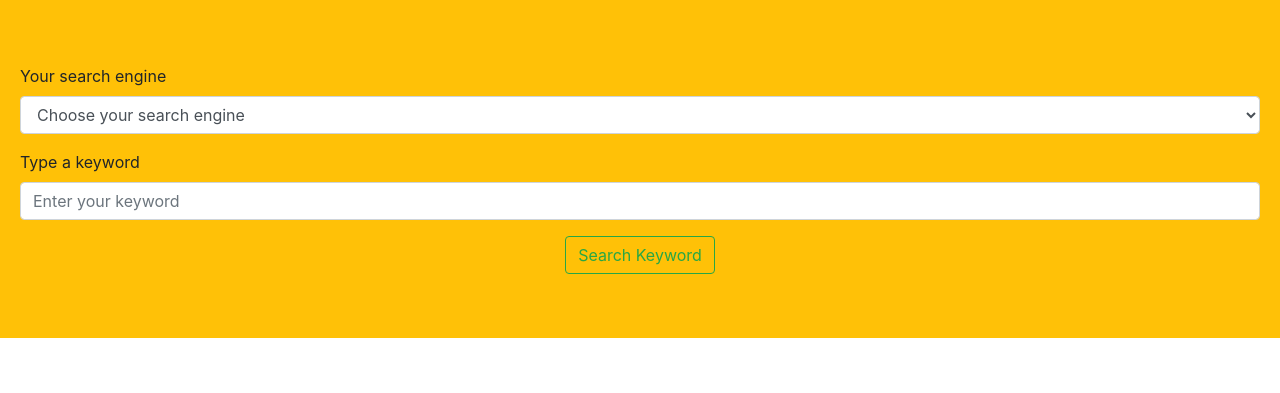
Repository: javatocode/Java-examples
Page: http://localhost/springmvc_crud/WEB-INF/views/add_product.jsp
The author's editor kept a copy of each file at every save. The page is drawn from the files as they stood at one save, then again after the next save.
The browser window is 1280 px wide. The pictures show the whole page.
Some web libraries are served in a nearby version. The page is served by Tomcat 9. Nobody is signed in. The template is opened directly, without the code that normally fills it, so the values that code supplies are empty.

Above is the page before, as saved 2021-09-03 12:14:48.

After the next save:
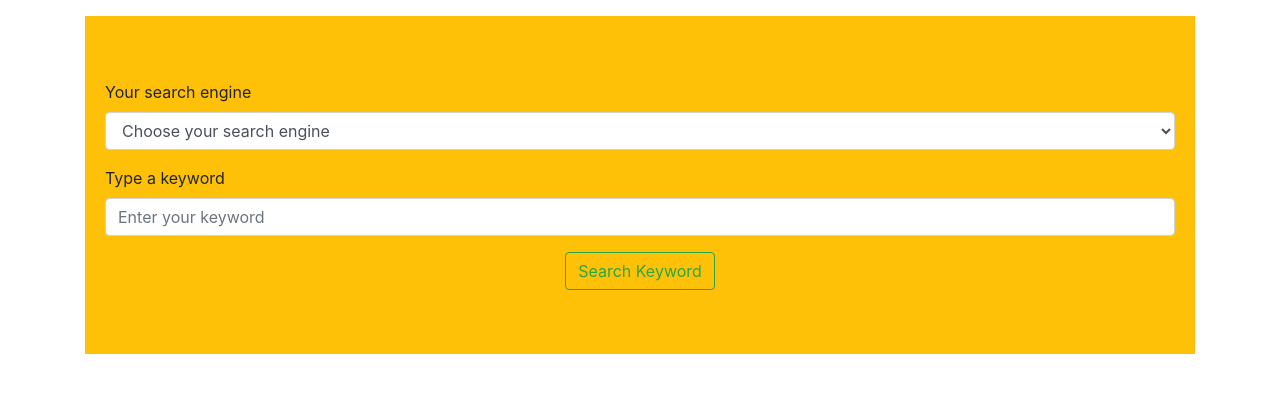
Saved 87 s later.
--- a/springmvc_crud/src/main/webapp/WEB-INF/views/add_product.jsp
+++ b/springmvc_crud/src/main/webapp/WEB-INF/views/add_product.jsp
@@ -4,6 +4,7 @@
 <%@include file="./base.jsp" %>
 </head>
 <body>
+<div class="container mt-3">
  <div class="card-body py-5 bg-warning" >
     <form action="search" class="mt-3" >
     <div class="form-group">
@@ -25,5 +26,6 @@
     </form>
 
   </div>
+  </div>
 </body>
 </html>
